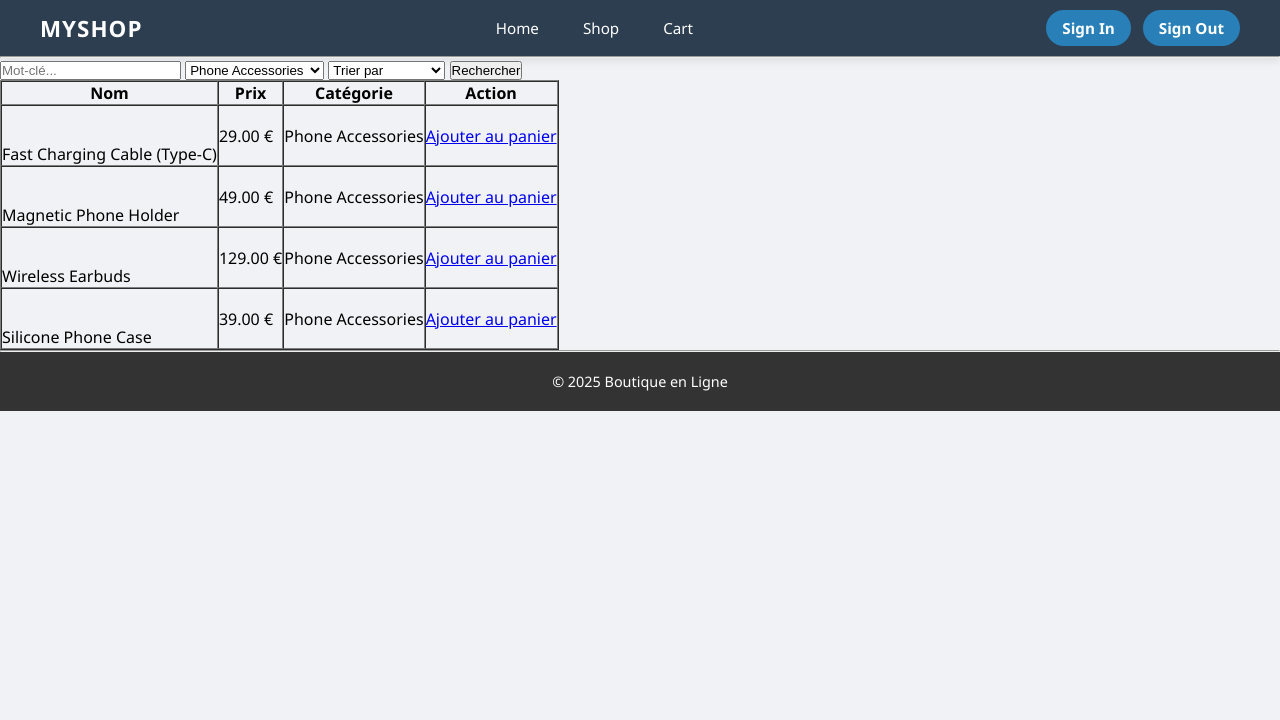
Repository: kiraj-walid/ecomerce
Page: http://localhost/search.php?category=Phone+Accessories
An editor plug-in stored every save of this project. The page is shown before and after a run of saves, followed by the edit.
The browser window is 1280 px wide. The pictures show the whole page.
The page is run by PHP 8.4 with error messages shown; the project is at /var/www/html/. The database holds what the project's SQL file puts in it. Queries for data that is not in the repository find no rows.

Above is the page before, as saved 2025-05-07 15:25:38.

After the next 2 saves:
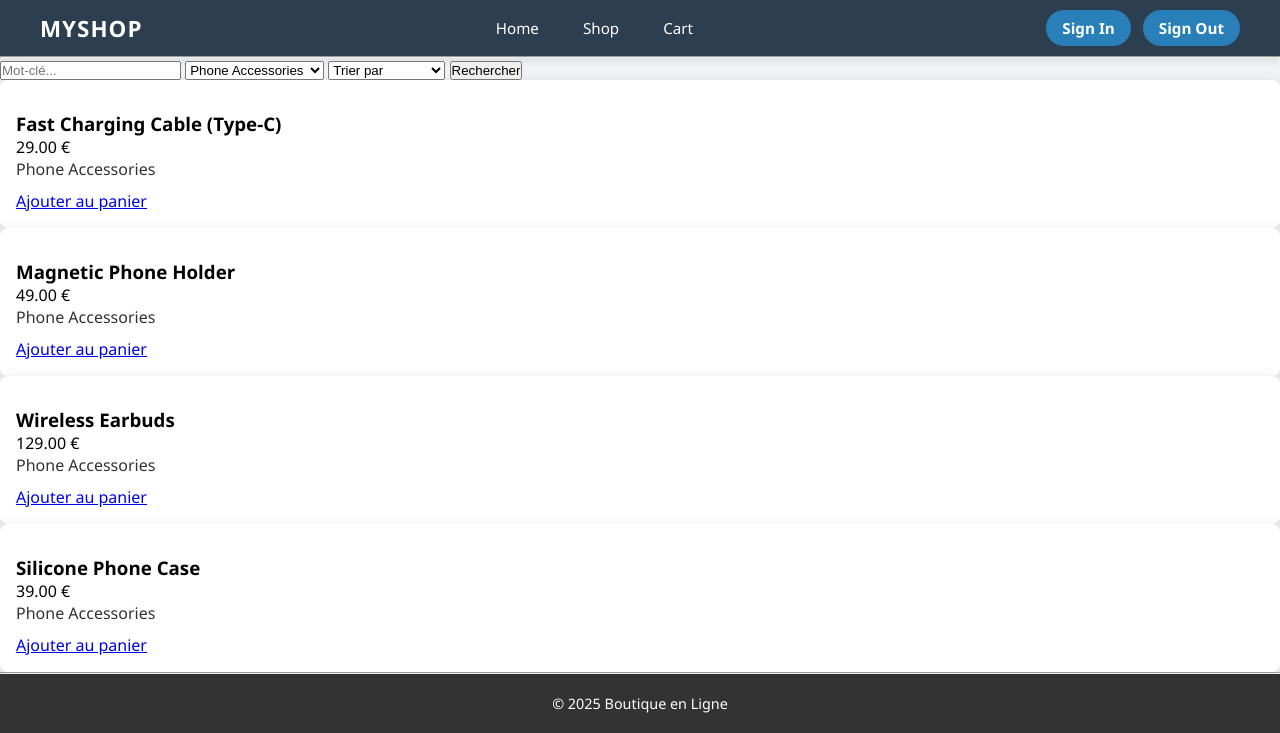
The 2 saves are shown as one change because they came seconds apart.
The last was saved 63 s later.
--- a/search.php
+++ b/search.php
@@ -51,8 +51,40 @@ include 'includes/header.php';
     </select>
     <button type="submit">Rechercher</button>
 </form>
+<div class="product-grid">
+    <?php if (count($products) === 0) : ?>
+        <p>Aucun produit trouvé.</p>
+    <?php else : ?>
+        <?php foreach ($products as $prod) : ?>
+            <div class="product-card">
+                <div class="product-image">
+                    <?php
+                    $stmt_imgs = $pdo->prepare('SELECT image FROM images_produit WHERE produit_id = ?');
+                    $stmt_imgs->execute([$prod['id']]);
+                    $images = $stmt_imgs->fetchAll(PDO::FETCH_COLUMN);
+                    ?>
+                    <div class="product-gallery" style="text-align:center; position:relative;">
+                        <?php if ($images && count($images) > 0): ?>
+                            <span onclick="prevImgSearch(<?= $prod['id'] ?>)" style="cursor:pointer; position:absolute; left:0; top:50%; transform:translateY(-50%); font-size:18px; color:#333; padding:2px 6px; z-index:2;">
+                                <svg width="20" height="20" viewBox="0 0 24 24"><polyline points="15 18 9 12 15 6" fill="none" stroke="#333" stroke-width="2" stroke-linecap="round" stroke-linejoin="round"/></svg>
+                            </span>
+                            <img src="assets/images/<?= htmlspecialchars($images[0]) ?>" alt="<?= htmlspecialchars($prod['nom']) ?>" style="max-width:80px; max-height:60px; margin-bottom:2px;" id="main-img-<?= $prod['id'] ?>-search">
+                            <span onclick="nextImgSearch(<?= $prod['id'] ?>)" style="cursor:pointer; position:absolute; right:0; top:50%; transform:translateY(-50%); font-size:18px; color:#333; padding:2px 6px; z-index:2;">
+                                <svg width="20" height="20" viewBox="0 0 24 24"><polyline points="9 6 15 12 9 18" fill="none" stroke="#333" stroke-width="2" stroke-linecap="round" stroke-linejoin="round"/></svg>
+                            </span>
+                        <?php endif; ?>
+                    </div>
+                </div>
+                <h3><?= htmlspecialchars($prod['nom']) ?></h3>
+                <p class="product-price"><?= number_format($prod['prix'], 2) ?> €</p>
+                <p class="product-category"><?= htmlspecialchars($prod['categorie']) ?></p>
+                <a href="cart.php?add=<?= $prod['id'] ?>" class="add-to-cart-btn">Ajouter au panier</a>
+            </div>
+        <?php endforeach; ?>
+    <?php endif; ?>
+</div>
 
-<?php if (count($products) === 0) : ?>
+<!-- <?php if (count($products) === 0) : ?>
     <p>Aucun produit trouvé.</p>
 <?php else : ?>
     <table border="1" cellpadding="5" cellspacing="0">
@@ -107,5 +139,5 @@ include 'includes/header.php';
         </tr>
         <?php endforeach; ?>
     </table>
-<?php endif; ?>
+<?php endif; ?> -->
 <?php include 'includes/footer.php'; ?>
